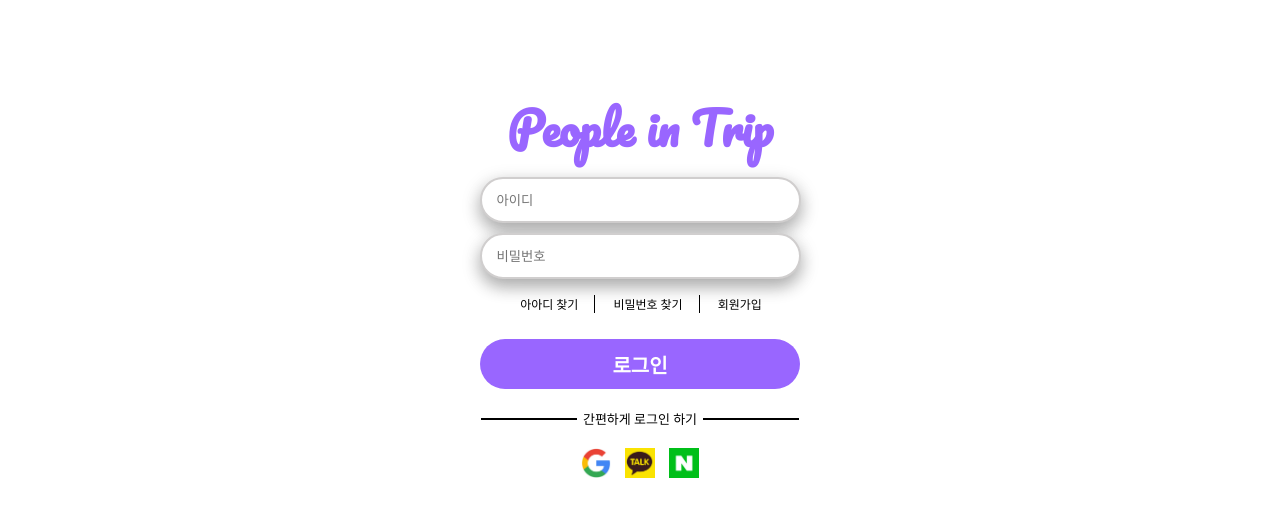
Repository: kimjinmin4535/ezen_loginteam
Page: http://localhost/Ezen_Project/login/login.jsp
The author's editor kept a copy of each file at every save. The page is drawn from the files as they stood at one save, then again after the next save.
The browser window is 1280 px wide. The pictures show the whole page.
The page is served by Tomcat 9.

Above is the page before, as saved 2022-07-05 08:18:48.

After the next save:
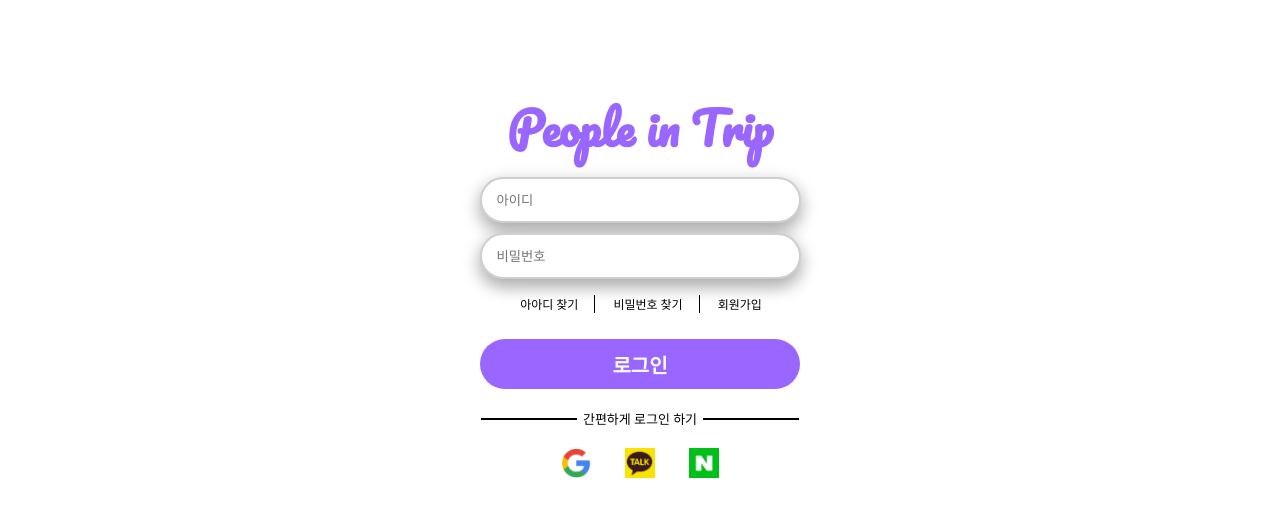
Saved 17 s later.
--- a/Ezen_Project/src/main/webapp/resources/css/login/login.css
+++ b/Ezen_Project/src/main/webapp/resources/css/login/login.css
@@ -82,6 +82,6 @@
 img {
 	width: 30px;
 	height: 30px;
-	margin-right: 5px;
-	margin-left: 5px;
+	margin-right: 15px;
+	margin-left: 15px;
 }
